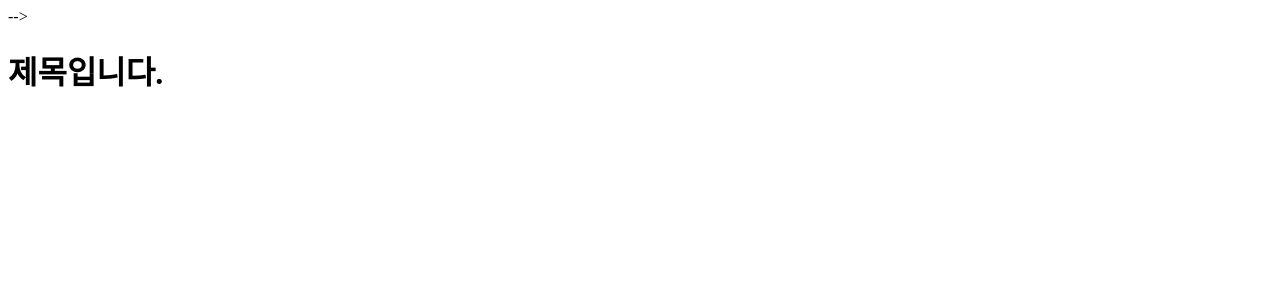
Repository: seula123/Front-End
Page: ClientTest/src/main/webapp/html/member/ex14_tag.html
The author's editor kept a copy of each file at every save. The page is drawn from the files as they stood at one save, then again after the next save.
The browser window is 1280 px wide. The pictures show the whole page.

Above is the page before, as saved 2023-09-20 08:07:53.

After the next save:
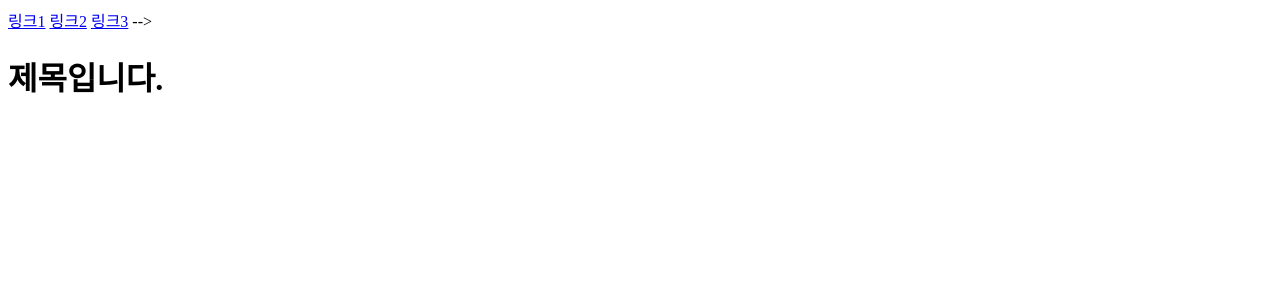
Saved 18 s later.
--- a/ClientTest/src/main/webapp/html/member/ex14_tag.html
+++ b/ClientTest/src/main/webapp/html/member/ex14_tag.html
@@ -24,9 +24,9 @@
 
 			<!-- a 태그는 인라인 태그이다.  -->
 
-			<a href="http://naver.com"></a>
-			<a href="http://google.com"></a>
-			<a href="http://daum.net"></a>
+			<a href="http://naver.com">링크1</a>
+			<a href="http://google.com">링크2</a>
+			<a href="http://daum.net">링크3</a>
 
 
 		-->
